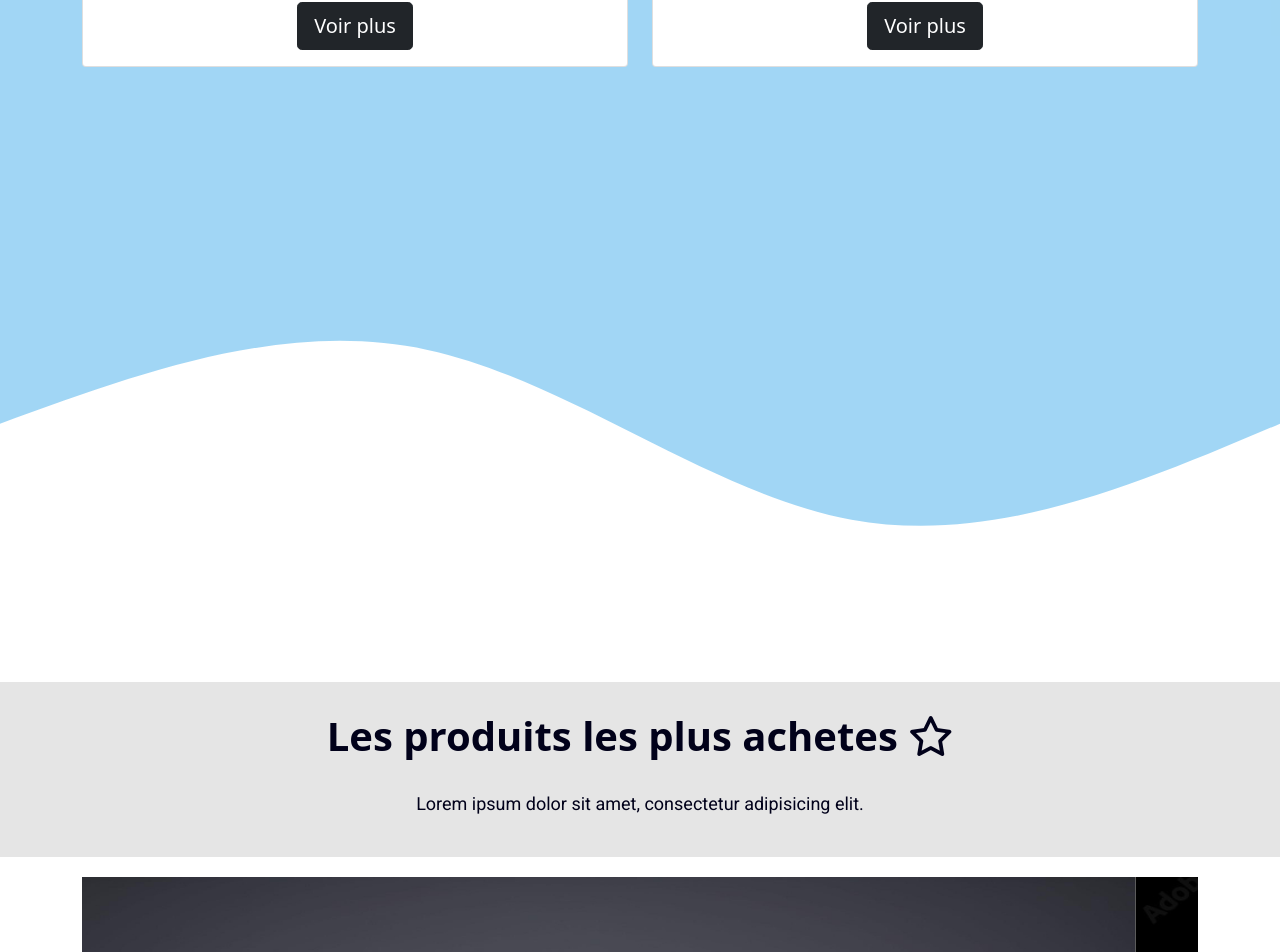
Repository: wadelfadill/Mini_projet_bootstrap_Site_vente_online
Page: index.html
The author's editor kept a copy of each file at every save. The page is drawn from the files as they stood at one save, then again after the next save.
The browser window is 1280 px wide. The pictures show the part of the page from y = 1997 to 2949 px (the page is 3661 px tall before and 3571 px after).
A picture or video elsewhere on the page could not be fetched, so the positions and the page height are approximate. Some web libraries are served in a nearby version.

Above is the page before, as saved 2023-05-11 10:19:08.

### index.html
<!DOCTYPE html>
<html lang="en">
<head>
    <!--======== Website icone =======-->
    <link rel="shortcut icon" href="assets/images/logo/cart-shopping-solid.svg" type="image/x-icon">
    <meta charset="UTF-8">
    <meta http-equiv="X-UA-Compatible" content="IE=edge">
    <meta name="viewport" content="width=device-width, initial-scale=1.0">
    <!--=========== Title of Website ============-->
    <title>KAAY-SHOP</title>

    <!--======== Bootstrap Links ===========-->
    <link href="https://cdn.jsdelivr.net/npm/bootstrap@5.1.3/dist/css/bootstrap.min.css" rel="stylesheet" integrity="sha384-1BmE4kWBq78iYhFldvKuhfTAU6auU8tT94WrHftjDbrCEXSU1oBoqyl2QvZ6jIW3" crossorigin="anonymous">
    <link rel="stylesheet" href="https://cdn.jsdelivr.net/npm/bootstrap-icons@1.10.5/font/bootstrap-icons.css">
    <!--========= CSS links ===============-->
    <link rel="stylesheet" href="assets/css/style.css">
    <link rel="stylesheet" href="assets/css/index_style.css">
    <!--========= Google Fonts Links =========-->
    <link rel="preconnect" href="https://fonts.googleapis.com">
    <link rel="preconnect" href="https://fonts.gstatic.com" crossorigin>
    <link href="https://fonts.googleapis.com/css2?family=Montserrat:wght@400;700&family=Roboto:wght@100;400;700&display=swap" rel="stylesheet">
    <!--========== Google Font-Awesome Script  ==========-->
    <script src="https://kit.fontawesome.com/8f130c8a35.js" crossorigin="anonymous"></script>

</head>
<body>
    <!-- ========== Start Header Section ========== -->
    <header id="header">
        <nav class="navbar navbar-expand-lg navbar-dark btn-lg bg-dark btn-lg fixed-top">
            <div class="container-fluid">
              <a class="navbar-brand" href="#header"><img src="assets/images/logo/logo.jpg" alt="" class="img-fluid website_logo"></a>
              <button class="navbar-toggler" type="button" data-bs-toggle="collapse" data-bs-target="#navbarSupportedContent" aria-controls="navbarSupportedContent" aria-expanded="false" aria-label="Toggle navigation">
                <span class="navbar-toggler-icon"></span>
              </button>
              <div class="collapse navbar-collapse" id="navbarSupportedContent">
                <ul class="navbar-nav ms-auto mb-2 mb-lg-0 me-2">
                  <li class="nav-item">
                    <a class="nav-link active" aria-current="page" href="index.html">Accueil</a>
                  </li>
                  <li class="nav-item">
                    <a class="nav-link" href="list_product.html">liste des produits</a>
                  </li>
                  <li class="nav-item">
                    <a class="nav-link" href="details_product.html">Details des produits</a>
                  </li>
                  <li class="nav-item">
                    <a class="nav-link" href="registration.html">Inscrivez-vous</a>
                  </li>
                  <li class="nav-item">
                    <a class="nav-link" href="longin.html">Connectez-vous</a>
                  </li>
                </ul>
                <form class="d-flex">
                  <input class="form-control me-2" type="search" placeholder="recherche produit" aria-label="Search">
                  <button class="btn btn-outline-success" type="submit">recherche</button>
                </form>
                <div class="market-icone ms-2">
                    <i class="fa-solid fa-cart-shopping fa-xl" style="color: #ffffff;"></i>
                </div>
              </div>
            </div>
        </nav>
    </header>
    <!-- ========== End Header Section ========== -->
    <!--==================================================-->
   <!-- ========== Start Main ========== -->
   <main id="main">
        <!-- ========== Start banner Section ========== -->
        <section id="banner">
            <div class="container text-center">
                <h1>Bienvenue dans notre site <br><span>KAAY SHOP <br><i class="fa-solid fa-cart-shopping fa-lg" style="color: #ffffff; padding-top: 25px;"></i></span></h1>
                <p class="mb-4">KAAY SHOP est un site de vente en ligne de vetements, Chaussures et Accessoires pour Homme</p>
                <p>KAAY SHOP, For the Gentle'Man</p>
            </div>
        </section>
        <!-- ========== End banner Section ========== -->
        <!-- ========== Start types de produits Section ========== -->
        <section id="type_produit" class="bg-light">
            <div class="container-fluid text-center">
                <div class="row entete">
                    <h1>TYPES DE PRODUITS</h1>
                    <span>Lorem ipsum dolor sit amet, consectetur adipisicing elit.</span>
                </div>
            </div>
            <div class="container text-center">
                <div class="row gy-5">
                    <div class="col-md-6">
                        <div class="card" style="width: 100%;">
                        <img src="assets/images/shirt-card.jpeg" class="card-img-top img-fluid" alt="...">
                        <div class="card-body">
                            <h5 class="card-title">SHIRTS</h5>
                            <p class="card-text">Some quick example text to build on the card title and make up the bulk of the card's content.</p>
                            <a href="#" class="btn btn-dark btn-lg">Voir plus</a>
                        </div>
                        </div>
                    </div>
                    <div class="col-md-6">
                        <div class="card" style="width: 100%;">
                        <img src="assets/images/pants-card.jpeg" class="card-img-top img-fluid" alt="...">
                        <div class="card-body">
                            <h5 class="card-title">PANTALONS</h5>
                            <p class="card-text">Some quick example text to build on the card title and make up the bulk of the card's content.</p>
                            <a href="#" class="btn btn-dark btn-lg">Voir plus</a>
                        </div>
                        </div>
                    </div>
                    <div class="col-md-6">
                        <div class="card" style="width: 100%;">
                        <img src="assets/images/shoes-card.jpeg" class="card-img-top img-fluid" alt="...">
                        <div class="card-body">
                            <h5 class="card-title">CHAUSSURES</h5>
                            <p class="card-text">Some quick example text to build on the card title and make up the bulk of the card's content.</p>
                            <a href="#" class="btn btn-dark btn-lg">Voir plus</a>
                        </div>
                        </div>
                    </div>
                    <div class="col-md-6">
                        <div class="card" style="width: 100%;">
                        <img src="assets/images/accessoires-card.jpeg" class="card-img-top img-fluid" alt="...">
                        <div class="card-body">
                            <h5 class="card-title">ACCESSOIRES</h5>
                            <p class="card-text">Some quick example text to build on the card title and make up the bulk of the card's content.</p>
                            <a href="#" class="btn btn-dark btn-lg">Voir plus</a>
                        </div>
                        </div>
                    </div>
                </div>
            </div>
        </section>
        <svg width="100%" height="100%" id="svg" viewBox="0 0 1440 590" xmlns="http://www.w3.org/2000/svg" class="transition duration-300 ease-in-out delay-150"><path d="M 0,600 C 0,600 0,300 0,300 C 161.2,231.33333333333334 322.4,162.66666666666669 482,192 C 641.6,221.33333333333331 799.5999999999999,348.66666666666663 959,383 C 1118.4,417.33333333333337 1279.2,358.6666666666667 1440,300 C 1440,300 1440,600 1440,600 Z" stroke="none" stroke-width="0" fill="#0692e360" fill-opacity="1" class="transition-all duration-300 ease-in-out delay-150 path-0" transform="rotate(-180 720 300)"></path></svg>
        <!-- ========== End types de produits Section ========== -->
        <!-- ========== Start les plus achetes Section ========== -->
        <section id="plus_achetes" class="bg-white">
            <div class="container-fluid text-center">
                <div class="row entete">
                    <h1>Les produits les plus achetes <i class="fa-regular fa-star"></i></h1>
                    <span>Lorem ipsum dolor sit amet, consectetur adipisicing elit.</span>
                </div>
            </div>
            <div class="container">
                <div class="row mb-5">
                    <div id="carouselExampleCaptions" class="carousel slide carousel-white" data-bs-ride="carousel">
                    <div class="carousel-indicators">
                        <button type="button" data-bs-target="#carouselExampleCaptions" data-bs-slide-to="0" class="active" aria-current="true" aria-label="Slide 1"></button>
                        <button type="button" data-bs-target="#carouselExampleCaptions" data-bs-slide-to="1" aria-label="Slide 2"></button>
                        <button type="button" data-bs-target="#carouselExampleCaptions" data-bs-slide-to="2" aria-label="Slide 3"></button>
                        <button type="button" data-bs-target="#carouselExampleCaptions" data-bs-slide-to="3" aria-label="Slide 4"></button>
                        <button type="button" data-bs-target="#carouselExampleCaptions" data-bs-slide-to="4" aria-label="Slide 5"></button>
                        <button type="button" data-bs-target="#carouselExampleCaptions" data-bs-slide-to="5" aria-label="Slide 6"></button>
                    </div>
                    <div class="carousel-inner">
                        <div class="carousel-item active">
                        <img src="assets/images/slide1.jpg" class="d-block w-100" alt="...">
                        <div class="carousel-caption d-none d-md-block">
                            <h5>First slide label</h5>
                            <p>Some representative placeholder content for the first slide.</p>
                        </div>
                        </div>
                        <div class="carousel-item">
                        <img src="assets/images/slide2.jpeg" class="d-block w-100" alt="...">
                        <div class="carousel-caption d-none d-md-block">
                            <h5>Second slide label</h5>
                            <p>Some representative placeholder content for the second slide.</p>
                        </div>
                        </div>
                        <div class="carousel-item">
                        <img src="assets/images/slide3.jpg" class="d-block w-100" alt="...">
                        <div class="carousel-caption d-none d-md-block">
                            <h5>Third slide label</h5>
                            <p>Some representative placeholder content for the third slide.</p>
                        </div>
                        </div>
                        <div class="carousel-item">
                        <img src="assets/images/slide4.jpg" class="d-block w-100" alt="...">
                        <div class="carousel-caption d-none d-md-block">
                            <h5>Third slide label</h5>
                            <p>Some representative placeholder content for the third slide.</p>
                        </div>
                        </div>
                        <div class="carousel-item">
                        <img src="assets/images/slide5.jpg" class="d-block w-100" alt="...">
                        <div class="carousel-caption d-none d-md-block">
                            <h5>Third slide label</h5>
                            <p>Some representative placeholder content for the third slide.</p>
                        </div>
                        </div>
                        <div class="carousel-item">
                            <img src="assets/images/slide6.jpeg" class="d-block w-100" alt="...">
                            <div class="carousel-caption d-none d-md-block">
                                <h5>Third slide label</h5>
                                <p>Some representative placeholder content for the third slide.</p>
                            </div>
                            </div>
                    </div>
                    <button class="carousel-control-prev" type="button" data-bs-target="#carouselExampleCaptions" data-bs-slide="prev">
                        <span class="carousel-control-prev-icon" aria-hidden="true"></span>
                        <span class="visually-hidden">Previous</span>
                    </button>
                    <button class="carousel-control-next" type="button" data-bs-target="#carouselExampleCaptions" data-bs-slide="next">
                        <span class="carousel-control-next-icon" aria-hidden="true"></span>
                        <span class="visually-hidden">Next</span>
                    </button>
                    </div>
                </div>
            </div>

        </section>
        <!-- ========== End les plus achetes Section ========== -->
   </main>
   <!-- ========== End Main ========== -->
   <!--========================================================-->
   <!-- ========== Start Footer Section ========== -->
   <footer id="footer" class="bg-dark btn-lg navbar-dark btn-lg">
    <div class="container-fluid pt-4 pb-4">
        <div class="row gap-5 gap-md-0">
            <div class="col-md-4 text-center text-md-start">
                <div class="logo">
                    <img src="assets/images/logo/logo.jpg" alt="" class="img-fluid website_logo">
                </div>
            </div>
            <div class="col-md-4 text-center my-auto">
                <div class="copyright">
                    copyright c EL-Fadill-2023
                </div>
            </div>
            <div class="col-md-4 text-center text-md-end my-auto">
                <div class="icones d-flex flex-row align-items-center justify-content-center justify-content-md-end gap-5 gap-md-0">
                    <i class="bi bi-twitter"></i>
                    <i class="bi bi-facebook"></i>
                    <i class="bi bi-linkedin"></i>
                </div>
            </div>
        </div>
    </div>
   </footer>
   <!-- ========== End Footer Section ========== -->
   <!--=========================================================-->
    <!--======= Bootstrap Js Script ==========-->
    <script src="https://cdn.jsdelivr.net/npm/bootstrap@5.1.3/dist/js/bootstrap.bundle.min.js" integrity="sha384-ka7Sk0Gln4gmtz2MlQnikT1wXgYsOg+OMhuP+IlRH9sENBO0LRn5q+8nbTov4+1p" crossorigin="anonymous"></script>
</body>
</html>

### assets/css/style.css
/* ======= General ==========*/
*{
    margin: 0;
    padding: 0;
    box-sizing: border-box;
}
body{
    margin: 0;
    padding: 0;
}


/* ======= header section ========*/
.website_logo{
    height: 75px;
    border-radius: 5px;
}
nav ul li a{
    font-family: 'Monserrat' 'sans serif';
    font-size: 18px;
    font-weight: 400;
    color: whitesmoke !important;
}
main{
    /* height: 900px; */
}
#footer{
    font-size: 23px;
    color: whitesmoke;
    font-weight: 400;
    font-family: 'Montserrat';
}
#footer i{
    display: inline-block;
    font-size: 40px;
    padding-right: 20px;
    cursor: pointer;
}

### assets/css/index_style.css
#main #banner{
    padding-top: 250px;
    padding-bottom: 200px;
    background-image: linear-gradient(rgba(0,0,0, 0.6), rgba(0,0,0, 0.6)), url("../images/banner-acceuil.jpeg");
    background-position: center;
    background-repeat: no-repeat;
    background-size: cover;

}
#main #banner h1{
    font-size: 45px;
    font-weight: 600;
    color: whitesmoke;
    font-family: 'Monserrat' 'sans serif';
    margin-bottom: 40px;

}
#main #banner h1 span{
    font-size: 50px;
    font-weight: 700;
    color: white;
    font-family: 'Monserrat' 'sans serif';
}
#main #banner h1 span i.fa-cart-shopping{
    display: block;
    margin-top: 20px;
    animation: panier 2s ease-in;
}

@keyframes panier{
    0%{
        transform: translateX(-50%);
    }
    100%{
        transform: translateX(0%);
    }
}

#main #banner p{
    color: whitesmoke;
    font-size: 30px;
    font-weight: 500;
    font-family: 'Roboto';
    margin-bottom: 30px;
}

/*============ type de produits section ==========*/
#type_produit{

    padding-bottom: 90px;
    background: #0692e360 !important;

}
.entete{
    padding-top: 30px;
    background: rgba(0, 0, 0, 0.1);
    margin-bottom: 20px;
}
#type_produit h1{
    font-family: 'Monserrat' 'sans serif';
    font-style: 45px;
    font-weight: 600;
    color: rgb(1, 1, 26);
    margin-bottom: 30px;
}
#type_produit span{
    display: inline-block;
    font-family: 'Roboto';
    font-size: 18px;
    font-weight: 500;
    margin-bottom: 40px;
    color: rgb(1, 1, 26);
}
#type_produit .card .card-img-top{
    height: 300px !important;
}
#type_produit .card .card-body .card-title{
    font-family: 'Montserrat' 'sans serif';
    font-size: 30px;
    font-weight: 500;
    color: rgb(1, 1, 26);

}

/*========= les plus achetes section ============ */
#plus_achetes{
    background: rgb(231, 231, 231);
}
#plus_achetes h1{
    font-family: 'Monserrat' 'sans serif';
    font-style: 45px;
    font-weight: 600;
    color: rgb(1, 1, 26);
    margin-bottom: 30px;
}
#plus_achetes span{
    display: inline-block;
    font-family: 'Roboto';
    font-size: 18px;
    font-weight: 500;
    margin-bottom: 40px;
    color: rgb(1, 1, 26);
}
#plus_achetes .carousel-inner{
    height: 600px !important;
}
#plus_achetes .carousel-inner .carousel-item{
    height: 100% !important;
}
#plus_achetes .carousel-inner .carousel-item img{
    width: 100%;
    height: 100%;
}

After the next save:
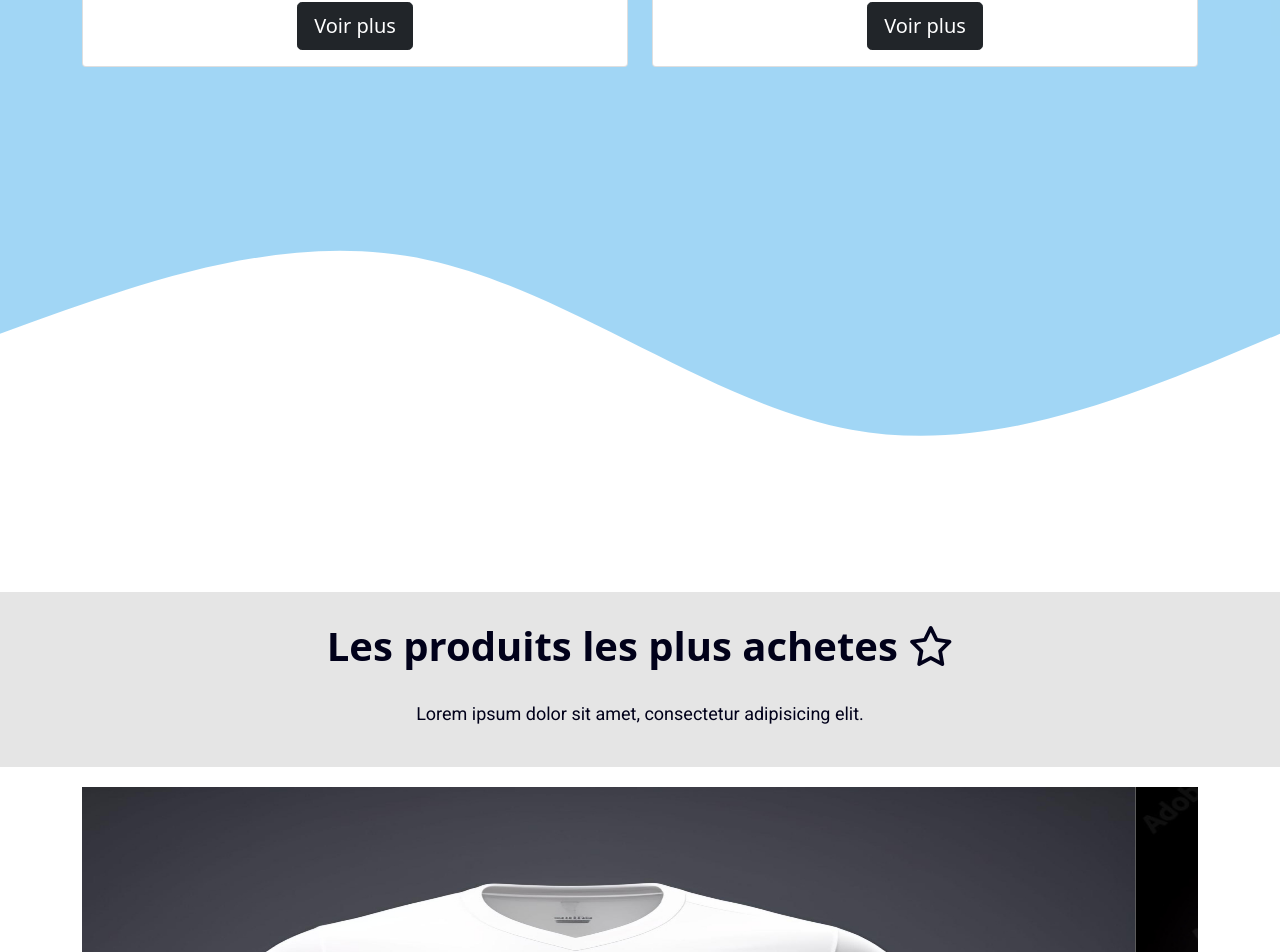
Saved 4 min 45 s later.
--- a/assets/css/index_style.css
+++ b/assets/css/index_style.css
@@ -46,8 +46,6 @@
 
 /*============ type de produits section ==========*/
 #type_produit{
-
-    padding-bottom: 90px;
     background: #0692e360 !important;
 
 }
